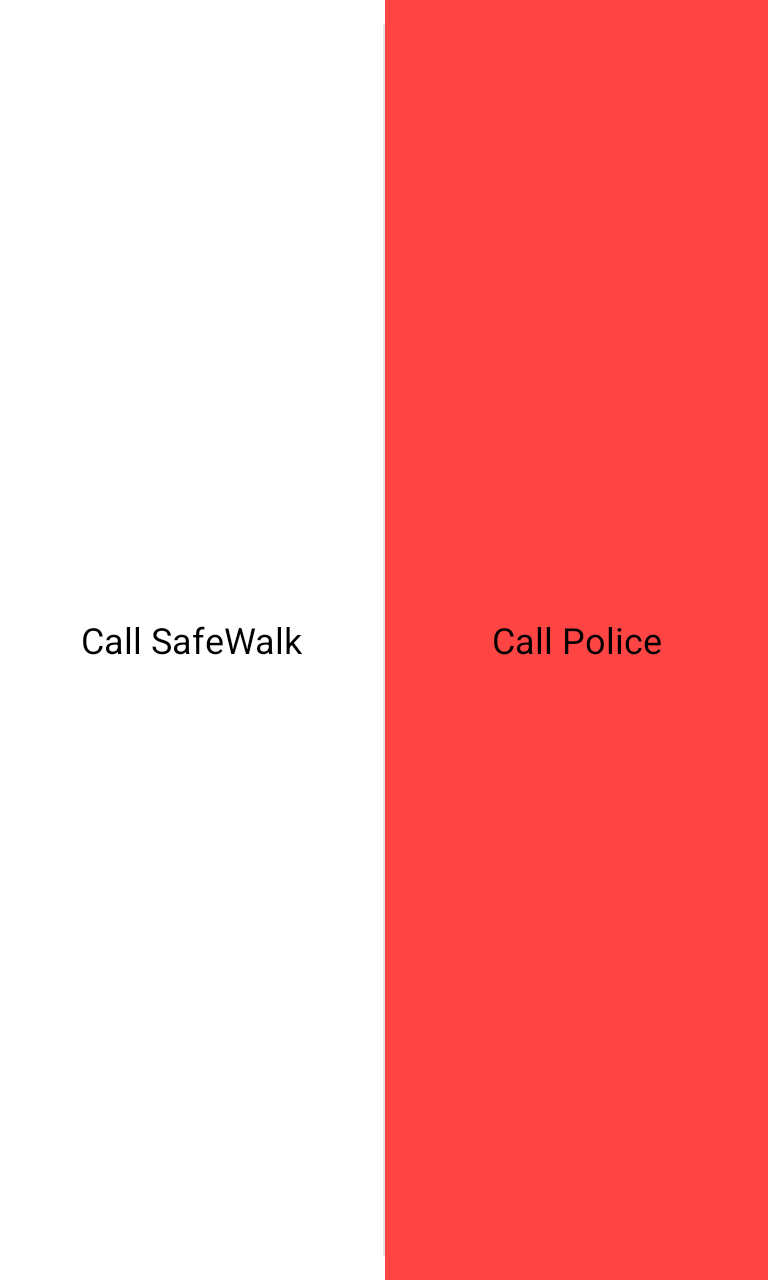
Repository: srivast6/SafeWalk
Layout: android/SafeWalk/res/layout/pop_up.xml
The author's editor kept a copy of each file at every save. The layout is drawn from the files as they stood at one save, then again after the next save.
It is drawn on a 768 x 1280 px phone screen (xhdpi) without system bars, with theme android:Theme.Holo.Light; the app's code is not run.

Above is the layout before, as saved 2013-11-20 00:38:17.

### android/SafeWalk/res/layout/pop_up.xml
<?xml version="1.0" encoding="utf-8"?>
<LinearLayout xmlns:android="http://schemas.android.com/apk/res/android"
    style="?android:attr/buttonBarStyle"
    android:layout_width="fill_parent"
    android:layout_height="fill_parent"
    android:layout_weight="0"
    android:orientation="horizontal" >

    <Button
        android:id="@+id/btn_callSafewalk"
        style="?android:attr/buttonBarButtonStyle"
        android:layout_width="0dp"
        android:layout_height="fill_parent"
        android:layout_weight=".5"
        android:text="Call SafeWalk" />

    <Button
        android:id="@+id/btn_callPolice"
        style="?android:attr/buttonBarButtonStyle"
        android:layout_width="0dp"
        android:layout_height="fill_parent"
        android:layout_weight=".5"
        android:text="Call Police"
        android:background="@android:color/holo_red_light" />

</LinearLayout>

After the next save:
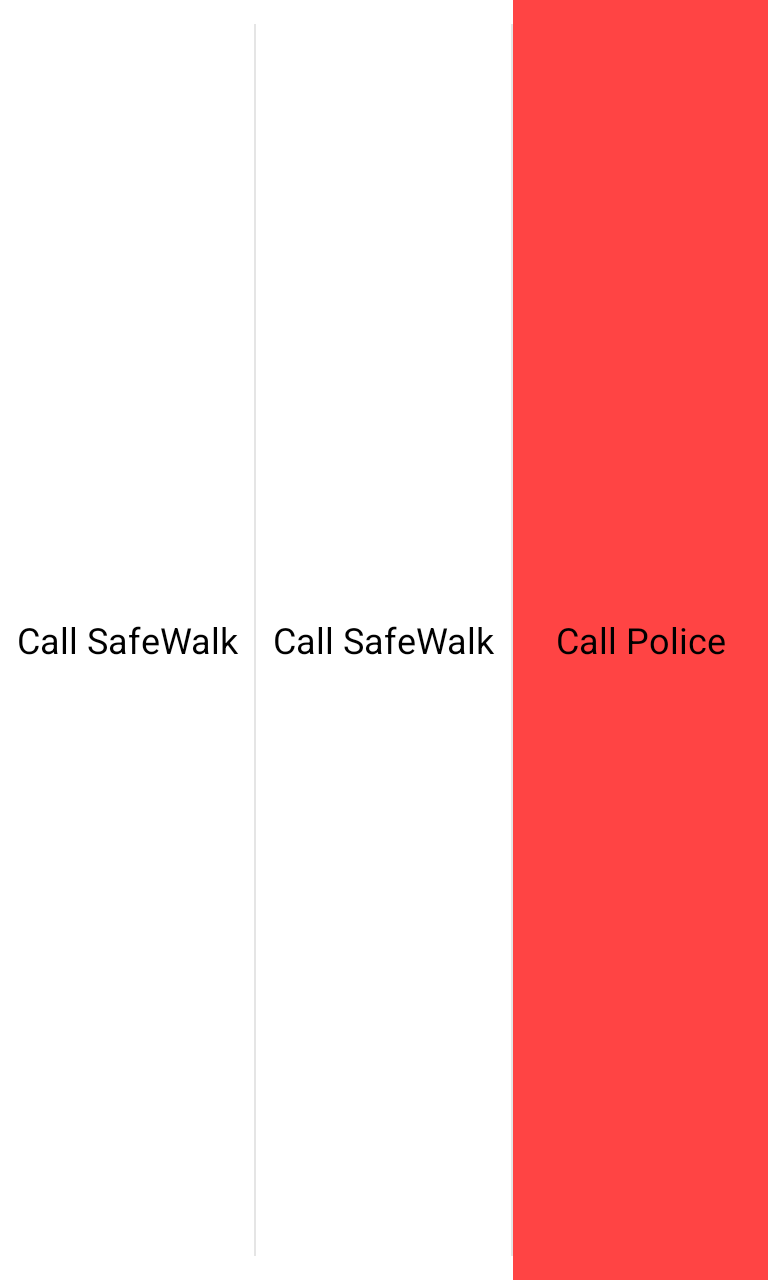
Saved 71 s later.
--- a/android/SafeWalk/res/layout/pop_up.xml
+++ b/android/SafeWalk/res/layout/pop_up.xml
@@ -7,7 +7,7 @@
     android:orientation="horizontal" >
 
     <Button
-        android:id="@+id/btn_callSafewalk"
+        android:id="Access Request"
         style="?android:attr/buttonBarButtonStyle"
         android:layout_width="0dp"
         android:layout_height="fill_parent"
@@ -15,7 +15,16 @@
         android:text="Call SafeWalk" />
 
     <Button
-        android:id="@+id/btn_callPolice"
+        android:id="Call"
+        style="?android:attr/buttonBarButtonStyle"
+        android:layout_width="0dp"
+        android:layout_height="fill_parent"
+        android:layout_weight=".5"
+        android:text="Call SafeWalk" />
+
+
+    <Button
+        android:id="Message"
         style="?android:attr/buttonBarButtonStyle"
         android:layout_width="0dp"
         android:layout_height="fill_parent"
